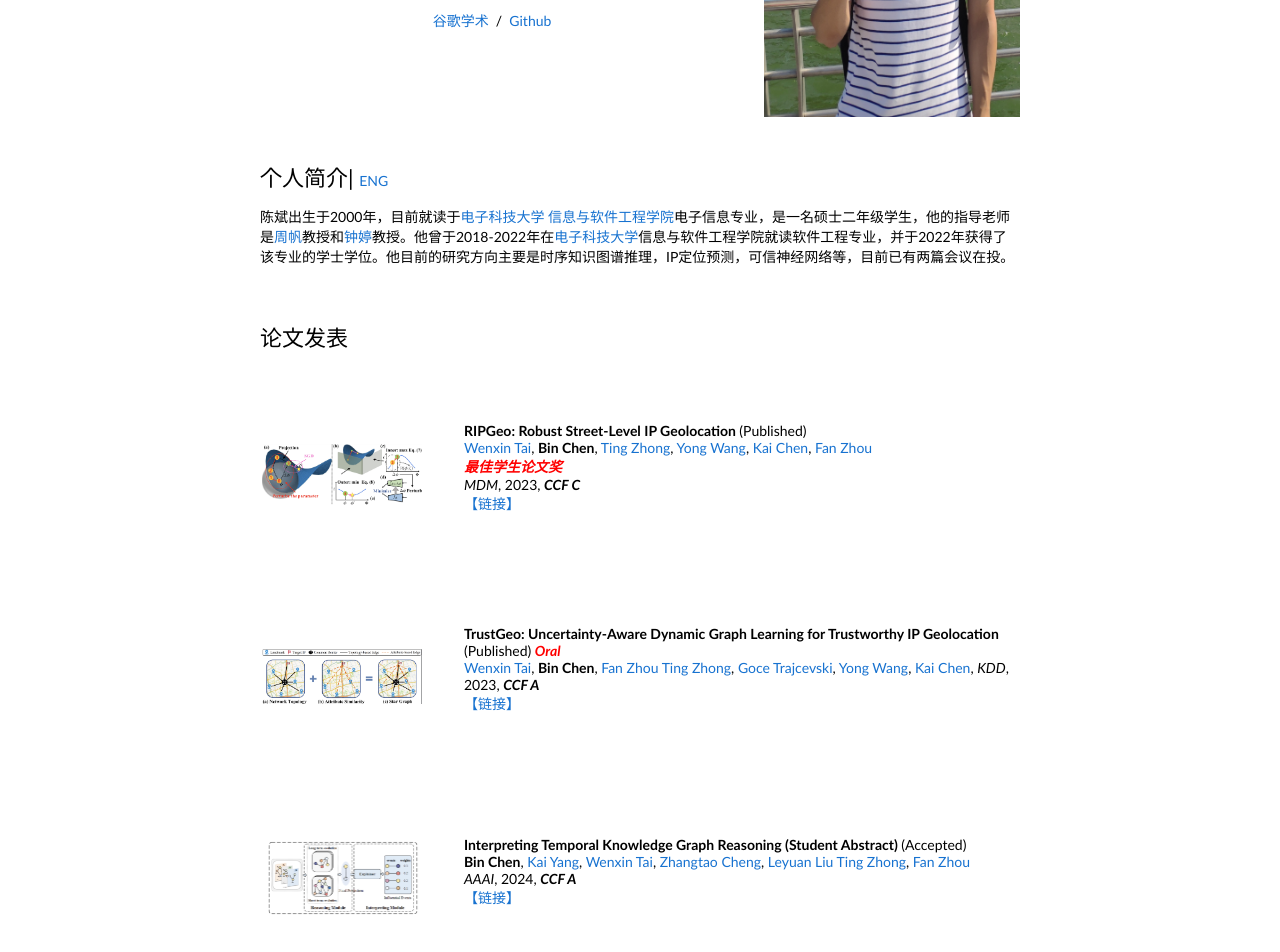
Repository: b1nchen/b1nchen.github.io
Page: index_CHN.html
An editor plug-in stored every save of this project. The page is shown before and after the next save, followed by the edit.
The browser window is 1280 px wide. The pictures show the part of the page from y = 311 to 1263 px (the page is 2016 px tall before and 2036 px after).
A picture or video elsewhere on the page could not be fetched, so the positions and the page height are approximate.

Above is the page before, as saved 2023-12-31 10:12:42.

### index_CHN.html
<!DOCTYPE HTML>
<html lang="en">

<head>
  <meta http-equiv="Content-Type" content="text/html; charset=UTF-8">

  <title>Bin Chen</title>

  <meta name="author" content="Bin Chen">
  <meta name="viewport" content="width=device-width, initial-scale=1">

  <link rel="stylesheet" type="text/css" href="stylesheet.css">
  <link rel="icon" href="images/uestc_icon.jpeg">
</head>

<body>
  <table
    style="width:100%;max-width:800px;border:0px;border-spacing:0px;border-collapse:separate;margin-right:auto;margin-left:auto;">
    <tbody>
      <tr style="padding:0px">
        <td style="padding:0px">
          <table
            style="width:100%;border:0px;border-spacing:0px;border-collapse:separate;margin-right:auto;margin-left:auto;">
            <tbody>
              <tr style="padding:0px">
                <td style="padding:2.5%;width:63%;vertical-align:middle">
                  <p style="text-align:center">
                    <name>陈斌</name>
                  </p>
                  <p>我目前正在<a href="https://en.uestc.edu.cn/">电子科技大学 (UESTC)</a>进行研究生阶段学习，目前是研究生二年级，我的指导老师是 <a
                      href="https://scholar.google.com/citations?user=Ihj2Rw8AAAAJ">周帆</a>教授和<a
                      href="https://scholar.google.com/citations?user=Mdr0XDkAAAAJ">钟婷</a>教授。
                  </p>
                  <p>
                    我的研究领域为时序知识图谱推理, IP定位, 可信神经网络等，此外我同时也在研究图神经网络。
                  </p>
                  <p style="font-family: 'Courier New', Courier, monospace;">
                    <b style="font-family: 'Times New Roman', Times, serif;">邮箱:</b> binchen4110@gmail.com
                    <br>
                    <!-- &nbsp &nbsp &nbsp
                    haoyang[dot]yu417[at]outlook.com <br> -->


                  </p>
                  <p style="text-align:center">
                    <!-- <a href="resume/resume_chn.pdf">个人简历</a> &nbsp/&nbsp -->
                    <a href="https://scholar.google.com/citations?user=x3ufhFAAAAAJ/">谷歌学术</a>
                    &nbsp/&nbsp
                    <a href="https://github.com/binchen4110/">Github</a>
                  </p>

                </td>
                <td style="padding:2.5%;width:40%;max-width:40%">
                  <a href="images/profile.jpg"><img style="width:100%;max-width:100%" alt="profile photo"
                      src="images/profile.jpg" class="hoverZoomLink"></a>
                </td>
              </tr>
            </tbody>
          </table>

          <table
            style="width:100%;border:0px;border-spacing:0px;border-collapse:separate;margin-right:auto;margin-left:auto;">
            <tbody>
              <tr>
                <td style="padding:20px;width:100%;vertical-align:middle">
                  <heading>个人简介| <a href="index.html">ENG</a>
                  </heading>
                  <p>
                    陈斌出生于2000年，目前就读于<a
                    href="https://www.uestc.edu.cn/">电子科技大学</a>  <a
                    href="https://www.sise.uestc.edu.cn/">信息与软件工程学院</a>电子信息专业，是一名硕士二年级学生，他的指导老师是<a
                      href="https://scholar.google.com/citations?user=Ihj2Rw8AAAAJ">周帆</a>教授和<a
                      href="https://scholar.google.com/citations?user=Mdr0XDkAAAAJ">钟婷</a>教授。他曾于2018-2022年在<a href="https://www.uestc.edu.cn/">电子科技大学</a>信息与软件工程学院就读软件工程专业，并于2022年获得了该专业的学士学位。他目前的研究方向主要是时序知识图谱推理，IP定位预测，可信神经网络等，目前已有两篇会议在投。<br>

                  </p>
                </td>
              </tr>
            </tbody>
          </table>
          <table
            style="width:100%;border:0px;border-spacing:0px;border-collapse:separate;margin-right:auto;margin-left:auto;">
            <tbody>

            </tbody>
          </table>

          <table width="100%" align="center" border="0" cellspacing="0" cellpadding="20">
            <tbody>
              <tr>
                <td>
                  <heading>论文发表</heading>
                </td>
              </tr>
            </tbody>
          </table>
          <table width="100%" align="center" border="0" cellpadding="20">
            <tbody>

              <!-- MDM 2023 -->
                <tr onmouseout="ripgeo_data()" onmouseover="ripgeo_para()">
                  <td style="padding:20px;width:25%;vertical-align:middle">
                    <div class="one">
                      <div class="two" id='data'>
                        <img src='images/ripgeo_perturb_data.png' width="160">


                      </div>
                      <img src="images/ripgeo_perturb_para.png" width="160">
                    </div>
                    <script type="text/javascript">
                      function ripgeo_data() {
                        document.getElementById('data').style.opacity = "0";
                      }

                      function ripgeo_para() {
                        document.getElementById('data').style.opacity = "1";
                      }
                      ripgeo_data()
                    </script>
                  </td>
                  <td style="padding:20px;width:75%;vertical-align:middle">

                    <papertitle>RIPGeo: Robust Street-Level IP Geolocation </papertitle>(Published)

                    <br>
                    <a href="https://scholar.google.com/citations?user=YyxocAIAAAAJ">Wenxin Tai</a>,
                    <strong>Bin Chen</strong>,
                    <a href="https://scholar.google.com/citations?user=Mdr0XDkAAAAJ">Ting Zhong</a>,
                    <a>Yong Wang</a>,
                    <a href="https://scholar.google.com/citations?user=tnRV5QYAAAAJ">Kai Chen</a>,
                    <a href="https://scholar.google.com/citations?user=Ihj2Rw8AAAAJ">Fan Zhou</a>

                    <br>
                    <em><b style="color:red">最佳学生论文奖</b></em>
                    <br>
                    <em>MDM</em>, 2023, <em><strong>CCF C</strong></em>
                    <br>
                    <a href="https://drive.google.com/file/d/1j4smzenp6JkSxMC43B8BnPLQ7Mr1zgMb/view?usp=sharing">【链接】</a>

                    <!-- <a href="https://ieeexplore.ieee.org/document/9747900">链接</a>,
                    <a href="https://youtu.be/uT1pEfHbo14">视频</a>,
                    <a href="papers/ICASSP_5513_poster.pdf">海报</a>,
                    <a href="papers/ICASSP_slides.pptx">幻灯片</a>,
                    <a href="papers/ICASSP_2022_FUFI.pdf">下载</a>
                    <p></p>
                    <p>We incorporate evidential learning into IP geolocation to improve the stability of the system.. -->
                    </p>
                  </td>
                </tr>


                <!-- KDD 2023 -->
                <tr onmouseout="FUFI_intro()" onmouseover="FUFI_end()">
                  <td style="padding:20px;width:25%;vertical-align:middle">
                    <div class="one">
                      <div class="two" id='method'>
                        <img src='images/trustgeo_method.png' width="160">


                      </div>
                      <img src="images/trustgeo_model.png" width="160">
                    </div>
                    <script type="text/javascript">
                      function FUFI_intro() {
                        document.getElementById('method').style.opacity = "0";
                      }

                      function FUFI_end() {
                        document.getElementById('method').style.opacity = "1";
                      }
                      FUFI_intro()
                    </script>
                  </td>
                  <td style="padding:20px;width:75%;vertical-align:middle">

                    <papertitle>TrustGeo: Uncertainty-Aware Dynamic Graph Learning for Trustworthy IP Geolocation </papertitle>(Published) <em><b style="color:red">Oral</b></em>
                    <br>
                    <a href="https://scholar.google.com/citations?user=YyxocAIAAAAJ">Wenxin Tai</a>,
                    <strong>Bin Chen</strong>,
                    <a href="https://scholar.google.com/citations?user=Ihj2Rw8AAAAJ">Fan Zhou</a>
                    <a href="https://scholar.google.com/citations?user=Mdr0XDkAAAAJ">Ting Zhong</a>,
                    <a href="https://scholar.google.com/citations?user=Avus2kcAAAAJ">Goce Trajcevski</a>,
                    <a>Yong Wang</a>,
                    <a href="https://scholar.google.com/citations?user=tnRV5QYAAAAJ">Kai Chen</a>,

                    <em>KDD</em>, 2023, <em><strong>CCF A</strong></em>
                    <br>
                    <a href="https://drive.google.com/file/d/1PgxtmzdQAYr9Ti3rvHGgnyf05PbP-WwI/view?usp=drive_link">【链接】</a>
                    <!-- <a href="https://ieeexplore.ieee.org/document/9747900">链接</a>,
                    <a href="https://youtu.be/uT1pEfHbo14">视频</a>,
                    <a href="papers/ICASSP_5513_poster.pdf">海报</a>,
                    <a href="papers/ICASSP_slides.pptx">幻灯片</a>,
                    <a href="papers/ICASSP_2022_FUFI.pdf">下载</a>
                    <p></p>
                    <p>We incorporate evidential learning into IP geolocation to improve the stability of the system.. -->
                    </p>
                  </td>
                </tr>

              <!-- AAAI 2024 poster TKG -->
             <tr onmouseout="FUFI_intro()" onmouseover="FUFI_end()">
              <td style="padding:20px;width:25%;vertical-align:middle">
                <div class="one">
                  <div class="two" id='method'>
                    <img src='images/poster_tkg_model.png' width="160">


                  </div>
                  <img src="images/poster_tkg_model.png" width="160">
                </div>
                <script type="text/javascript">
                  function FUFI_intro() {
                    document.getElementById('method').style.opacity = "0";
                  }

                  function FUFI_end() {
                    document.getElementById('method').style.opacity = "1";
                  }
                  FUFI_intro()
                </script>
              </td>
              <td style="padding:20px;width:75%;vertical-align:middle">

                <papertitle>Interpreting Temporal Knowledge Graph Reasoning (Student Abstract) </papertitle>(Accepted)


                <br>
                <strong>Bin Chen</strong>,
                <a >Kai Yang</a>,
                <a href="https://scholar.google.com/citations?user=YyxocAIAAAAJ">Wenxin Tai</a>,
                <a href="https://scholar.google.com/citations?user=CU28LO0AAAAJ">Zhangtao Cheng</a>,
                <a >Leyuan Liu</a>
                <a href="https://scholar.google.com/citations?user=Mdr0XDkAAAAJ">Ting Zhong</a>,
                <a href="https://scholar.google.com/citations?user=Ihj2Rw8AAAAJ">Fan Zhou</a>

                <br>
                <em>AAAI</em>, 2024, <em><strong>CCF A</strong></em>
                <br>

                <a href="https://drive.google.com/file/d/1ImUhgVkMv5C81vaafmy5OZgBbMWER7VD/view?usp=sharing">【链接】</a>
                <!-- <a href="https://ieeexplore.ieee.org/document/9747900">链接</a>,
                <a href="https://youtu.be/uT1pEfHbo14">视频</a>,
                <a href="papers/ICASSP_5513_poster.pdf">海报</a>,
                <a href="papers/ICASSP_slides.pptx">幻灯片</a>,
                <a href="papers/ICASSP_2022_FUFI.pdf">下载</a>
                <p></p>
                <p>We incorporate evidential learning into IP geolocation to improve the stability of the system.. -->
                </p>
              </td>
            </tr>

            <!-- AAAI 2024 poster SE -->
            <tr onmouseout="FUFI_intro()" onmouseover="FUFI_end()">
              <td style="padding:20px;width:25%;vertical-align:middle">
                <div class="one">
                  <div class="two" id='method'>
                    <img src='images/poster_se_model.png' width="160">


                  </div>
                  <img src="images/poster_se_model.png" width="160">
                </div>
                <script type="text/javascript">
                  function FUFI_intro() {
                    document.getElementById('method').style.opacity = "0";
                  }

                  function FUFI_end() {
                    document.getElementById('method').style.opacity = "1";
                  }
                  FUFI_intro()
                </script>
              </td>
              <td style="padding:20px;width:75%;vertical-align:middle">

                <papertitle>Shallow Diffusion for Fast Speech Enhancement (Student Abstract) </papertitle>(Accepted) <em><b style="color:red">Oral</b></em>


                <br>
                <a >Yue Lei</a>,
                <strong>Bin Chen</strong>,
                <a href="https://scholar.google.com/citations?user=YyxocAIAAAAJ">Wenxin Tai</a>,
                <a href="https://scholar.google.com/citations?user=Mdr0XDkAAAAJ">Ting Zhong</a>,
                <a href="https://scholar.google.com/citations?user=Ihj2Rw8AAAAJ">Fan Zhou</a>

                <br>
                <em>AAAI</em>, 2024, <em><strong>CCF A</strong></em>
                <br>

                <a href="https://drive.google.com/file/d/1vhuNWVOHZbYhlZzuUdz6WUCO4DCSFOf0/view?usp=sharing">【链接】</a>
                <!-- <a href="https://ieeexplore.ieee.org/document/9747900">链接</a>,
                <a href="https://youtu.be/uT1pEfHbo14">视频</a>,
                <a href="papers/ICASSP_5513_poster.pdf">海报</a>,
                <a href="papers/ICASSP_slides.pptx">幻灯片</a>,
                <a href="papers/ICASSP_2022_FUFI.pdf">下载</a>
                <p></p>
                <p>We incorporate evidential learning into IP geolocation to improve the stability of the system.. -->
                </p>
              </td>
            </tr>


              </tbody>
          </table>

          <table
          style="width:100%;border:0px;border-spacing:0px;border-collapse:separate;margin-right:auto;margin-left:auto;">
          <tbody>
            <tr>
              <td style="padding:20px;width:100%;vertical-align:middle">
                <heading>竞赛及获奖</heading>
                <p>
                  <ol>
                    <li>2023年松山湖人民网人工智能挑战赛亚军 (社交媒体虚假消息检测赛道) , 2023 <a href="http://gd.people.com.cn/n2/2023/1223/c123932-40689513.html">【链接】</a></li>
                    <li>第24届 IEEE International Conference on Mobile Data Management (MDM) 最佳学生论文奖， 2023</li>

                  </ol>
                </p>

              </td>
            </tr>
          </tbody>
        </table>
        </td>
      </tr>
  </table>
  <center>
  <p>
    <font size="2">
      <font size="2">
        <font size="2">&nbsp;<br>自2023年2月来的第
          &nbsp; <a href="https://www.easycounter.com/">
            <img src="https://www.easycounter.com/counter.php?hyson"
            border="0" alt="Web Site Hit Counter"></a> <i>
            <font face="Arial" size="2"></font>
          </i></font>位独立访客
      </font>
    </font>
  </p>


  <!-- <p><script type="text/javascript" id="clustrmaps" src="//clustrmaps.com/map_v2.js?d=zTeQ7rUwgmcb-VHkgGnJarI7gvpzTVAFessGPwxe0HU&cl=ffffff&w=a"></script></p> -->
  <p style="color: #AAAAAA;">© 2023 陈斌 | Powered by <a href="https://pattonyu.github.io/">余昊扬</a> and <a href="https://jonbarron.info/">Jon Barron </a> | 更新时间
      2023-02-28 |
      友情链接: <a href="https://xovee.cn">Xovee Xu</a></p>
  </center>
</body>

</html>

### stylesheet.css
/* latin-ext */
@font-face {
  font-family: 'Lato';
  font-style: italic;
  font-weight: 400;
  src: local('Lato Italic'), local('Lato-Italic'), url(https://fonts.gstatic.com/s/lato/v15/S6u8w4BMUTPHjxsAUi-qNiXg7eU0.woff2) format('woff2');
  unicode-range: U+0100-024F, U+0259, U+1E00-1EFF, U+2020, U+20A0-20AB, U+20AD-20CF, U+2113, U+2C60-2C7F, U+A720-A7FF;
}
/* latin */
@font-face {
  font-family: 'Lato';
  font-style: italic;
  font-weight: 400;
  src: local('Lato Italic'), local('Lato-Italic'), url(https://fonts.gstatic.com/s/lato/v15/S6u8w4BMUTPHjxsAXC-qNiXg7Q.woff2) format('woff2');
  unicode-range: U+0000-00FF, U+0131, U+0152-0153, U+02BB-02BC, U+02C6, U+02DA, U+02DC, U+2000-206F, U+2074, U+20AC, U+2122, U+2191, U+2193, U+2212, U+2215, U+FEFF, U+FFFD;
}
/* latin-ext */
@font-face {
  font-family: 'Lato';
  font-style: italic;
  font-weight: 700;
  src: local('Lato Bold Italic'), local('Lato-BoldItalic'), url(https://fonts.gstatic.com/s/lato/v15/S6u_w4BMUTPHjxsI5wq_FQftx9897sxZ.woff2) format('woff2');
  unicode-range: U+0100-024F, U+0259, U+1E00-1EFF, U+2020, U+20A0-20AB, U+20AD-20CF, U+2113, U+2C60-2C7F, U+A720-A7FF;
}
/* latin */
@font-face {
  font-family: 'Lato';
  font-style: italic;
  font-weight: 700;
  src: local('Lato Bold Italic'), local('Lato-BoldItalic'), url(https://fonts.gstatic.com/s/lato/v15/S6u_w4BMUTPHjxsI5wq_Gwftx9897g.woff2) format('woff2');
  unicode-range: U+0000-00FF, U+0131, U+0152-0153, U+02BB-02BC, U+02C6, U+02DA, U+02DC, U+2000-206F, U+2074, U+20AC, U+2122, U+2191, U+2193, U+2212, U+2215, U+FEFF, U+FFFD;
}
/* latin-ext */
@font-face {
  font-family: 'Lato';
  font-style: normal;
  font-weight: 400;
  src: local('Lato Regular'), local('Lato-Regular'), url(https://fonts.gstatic.com/s/lato/v15/S6uyw4BMUTPHjxAwXiWtFCfQ7A.woff2) format('woff2');
  unicode-range: U+0100-024F, U+0259, U+1E00-1EFF, U+2020, U+20A0-20AB, U+20AD-20CF, U+2113, U+2C60-2C7F, U+A720-A7FF;
}
/* latin */
@font-face {
  font-family: 'Lato';
  font-style: normal;
  font-weight: 400;
  src: local('Lato Regular'), local('Lato-Regular'), url(https://fonts.gstatic.com/s/lato/v15/S6uyw4BMUTPHjx4wXiWtFCc.woff2) format('woff2');
  unicode-range: U+0000-00FF, U+0131, U+0152-0153, U+02BB-02BC, U+02C6, U+02DA, U+02DC, U+2000-206F, U+2074, U+20AC, U+2122, U+2191, U+2193, U+2212, U+2215, U+FEFF, U+FFFD;
}
/* latin-ext */
@font-face {
  font-family: 'Lato';
  font-style: normal;
  font-weight: 700;
  src: local('Lato Bold'), local('Lato-Bold'), url(https://fonts.gstatic.com/s/lato/v15/S6u9w4BMUTPHh6UVSwaPGQ3q5d0N7w.woff2) format('woff2');
  unicode-range: U+0100-024F, U+0259, U+1E00-1EFF, U+2020, U+20A0-20AB, U+20AD-20CF, U+2113, U+2C60-2C7F, U+A720-A7FF;
}
/* latin */
@font-face {
  font-family: 'Lato';
  font-style: normal;
  font-weight: 700;
  src: local('Lato Bold'), local('Lato-Bold'), url(https://fonts.gstatic.com/s/lato/v15/S6u9w4BMUTPHh6UVSwiPGQ3q5d0.woff2) format('woff2');
  unicode-range: U+0000-00FF, U+0131, U+0152-0153, U+02BB-02BC, U+02C6, U+02DA, U+02DC, U+2000-206F, U+2074, U+20AC, U+2122, U+2191, U+2193, U+2212, U+2215, U+FEFF, U+FFFD;
}

a {
  color: #1772d0;
  text-decoration: none;
}

a:focus,
a:hover {
  color: #f09228;
  text-decoration: none;
}

body,
td,
th,
tr,
p,
a {
  font-family: 'Lato', Verdana, Helvetica, sans-serif;
  font-size: 14px
}

strong {
  font-family: 'Lato', Verdana, Helvetica, sans-serif;
  font-size: 14px;
}

heading {
  font-family: 'Lato', Verdana, Helvetica, sans-serif;
  font-size: 22px;
}

papertitle {
  font-family: 'Lato', Verdana, Helvetica, sans-serif;
  font-size: 14px;
  font-weight: 700
}

name {
  font-family: 'Courier New', Courier, monospace;
  font-size: 32px;
}


.flexbox{
  width: 160px;
  height: 160px;
  display: flex;
  align-items: center;
  justify-items: center;
  /* text-align: center; */
}

.flexbox img{
  justify-items: center;
  align-items: center;
  /* text-align: center; */
}


.one {
  width: 160px;
  height: 160px;
  display: flex;
  position: relative;
  align-items: center;
}

.one img{
  width: 160px;
  align-items: center;
}

.two {
  width: 160px;
  height: 160px;
  display: flex;
  position: absolute;
  transition: opacity .2s ease-in-out;
  -moz-transition: opacity .2s ease-in-out;
  -webkit-transition: opacity .2s ease-in-out;
  align-items: center;
}

.two img{
  width: 160px;
  align-items: center;
}

.fade {
  transition: opacity .2s ease-in-out;
  -moz-transition: opacity .2s ease-in-out;
  -webkit-transition: opacity .2s ease-in-out;
}

span.highlight {
  background-color: #ffffd0;
}

After the next save:
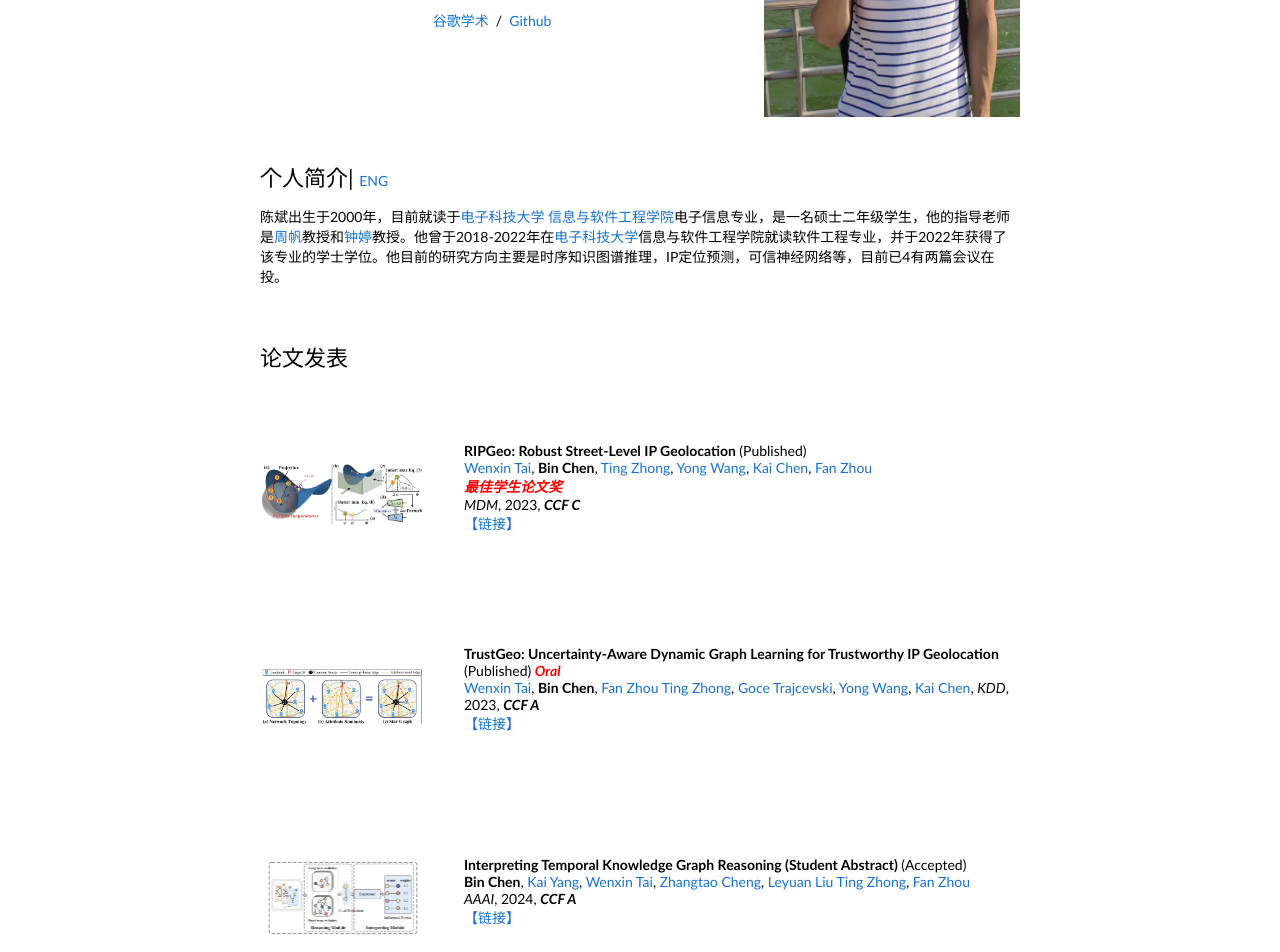
Saved 7 s later.
--- a/index_CHN.html
+++ b/index_CHN.html
@@ -70,7 +70,7 @@
                     href="https://www.uestc.edu.cn/">电子科技大学</a>  <a
                     href="https://www.sise.uestc.edu.cn/">信息与软件工程学院</a>电子信息专业，是一名硕士二年级学生，他的指导老师是<a
                       href="https://scholar.google.com/citations?user=Ihj2Rw8AAAAJ">周帆</a>教授和<a
-                      href="https://scholar.google.com/citations?user=Mdr0XDkAAAAJ">钟婷</a>教授。他曾于2018-2022年在<a href="https://www.uestc.edu.cn/">电子科技大学</a>信息与软件工程学院就读软件工程专业，并于2022年获得了该专业的学士学位。他目前的研究方向主要是时序知识图谱推理，IP定位预测，可信神经网络等，目前已有两篇会议在投。<br>
+                      href="https://scholar.google.com/citations?user=Mdr0XDkAAAAJ">钟婷</a>教授。他曾于2018-2022年在<a href="https://www.uestc.edu.cn/">电子科技大学</a>信息与软件工程学院就读软件工程专业，并于2022年获得了该专业的学士学位。他目前的研究方向主要是时序知识图谱推理，IP定位预测，可信神经网络等，目前已4有两篇会议在投。<br>
 
                   </p>
                 </td>
